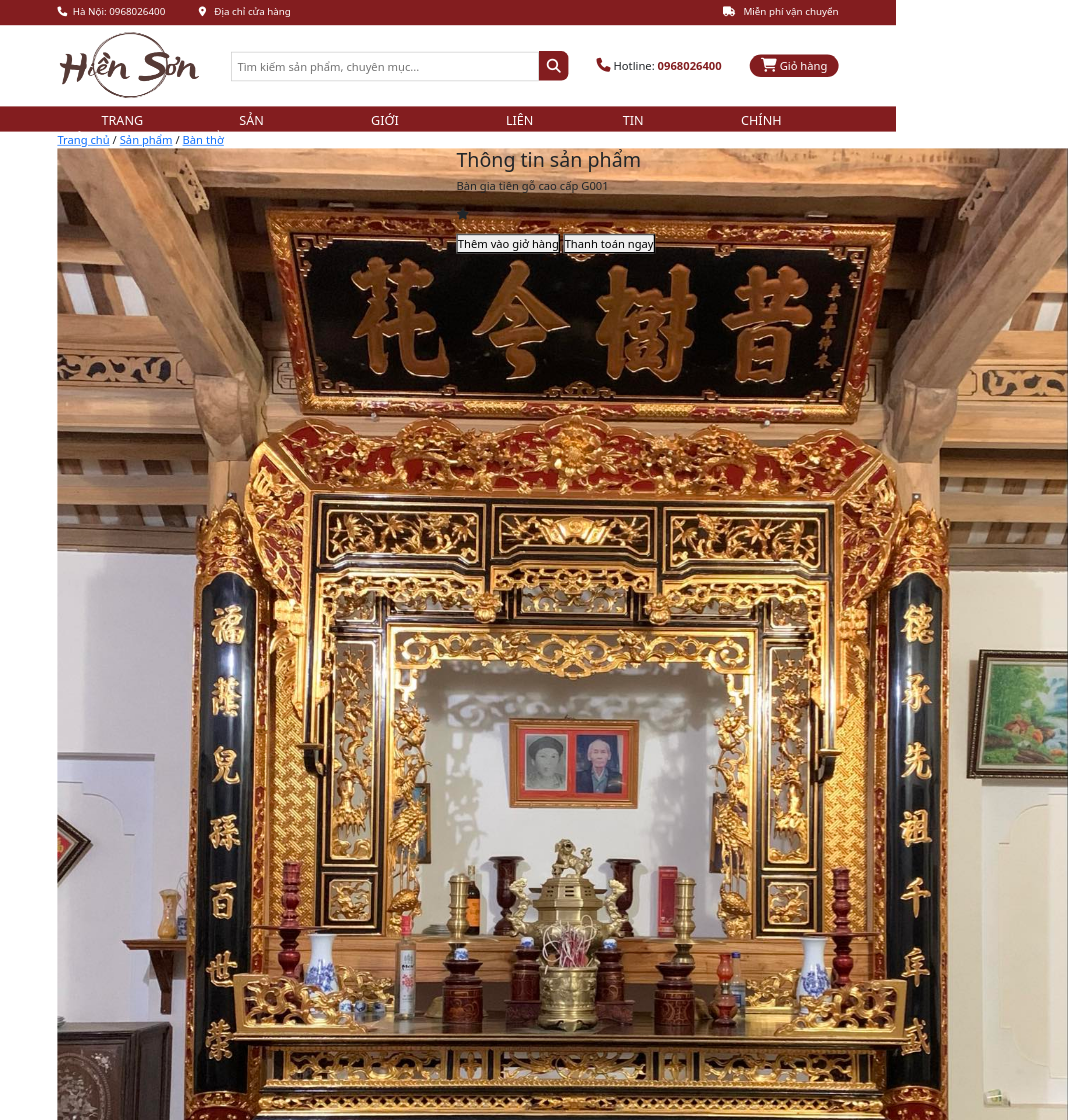
Repository: hoang28092000/do_go_hien_son
Page: product_details/ban_tho-g001.html
An editor plug-in stored every save of this project. The page is shown before and after the next save, followed by the edit.
The browser window is 1280 px wide. The page is 1526 px wide, so the pictures cover 1526 px, including what lies to the right of the window. The pictures show the part of the page from y = 0 to 1600 px (the page is 2701 px tall), at 70% of full size.
Some web libraries are served in a nearby version.

Above is the page before, as saved 2024-08-10 19:58:39.

After the next save:
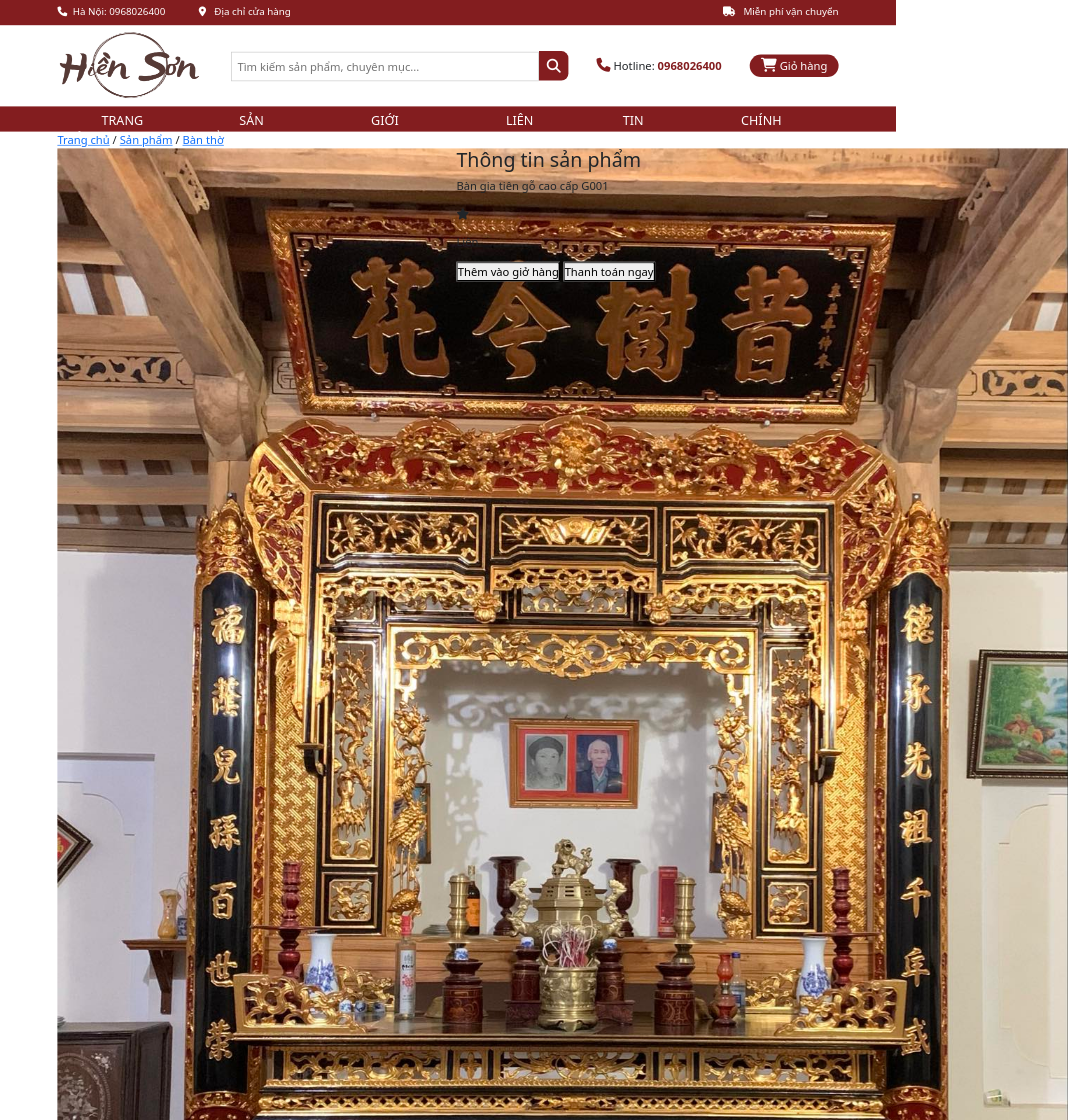
Saved 4 s later.
--- a/product_details/ban_tho-g001.html
+++ b/product_details/ban_tho-g001.html
@@ -94,7 +94,7 @@
                                 <i class="fa-solid fa-star icon-star"></i>
 
                             </p>
-                            <p class="price-pd"></p>
+                            <p class="price-pd">Liên </p>
                             <div class="pay">
                                 <button class="add_cart">Thêm vào giở hàng</button>
                                 <button class="buy">Thanh toán ngay</button>

After the save that followed:
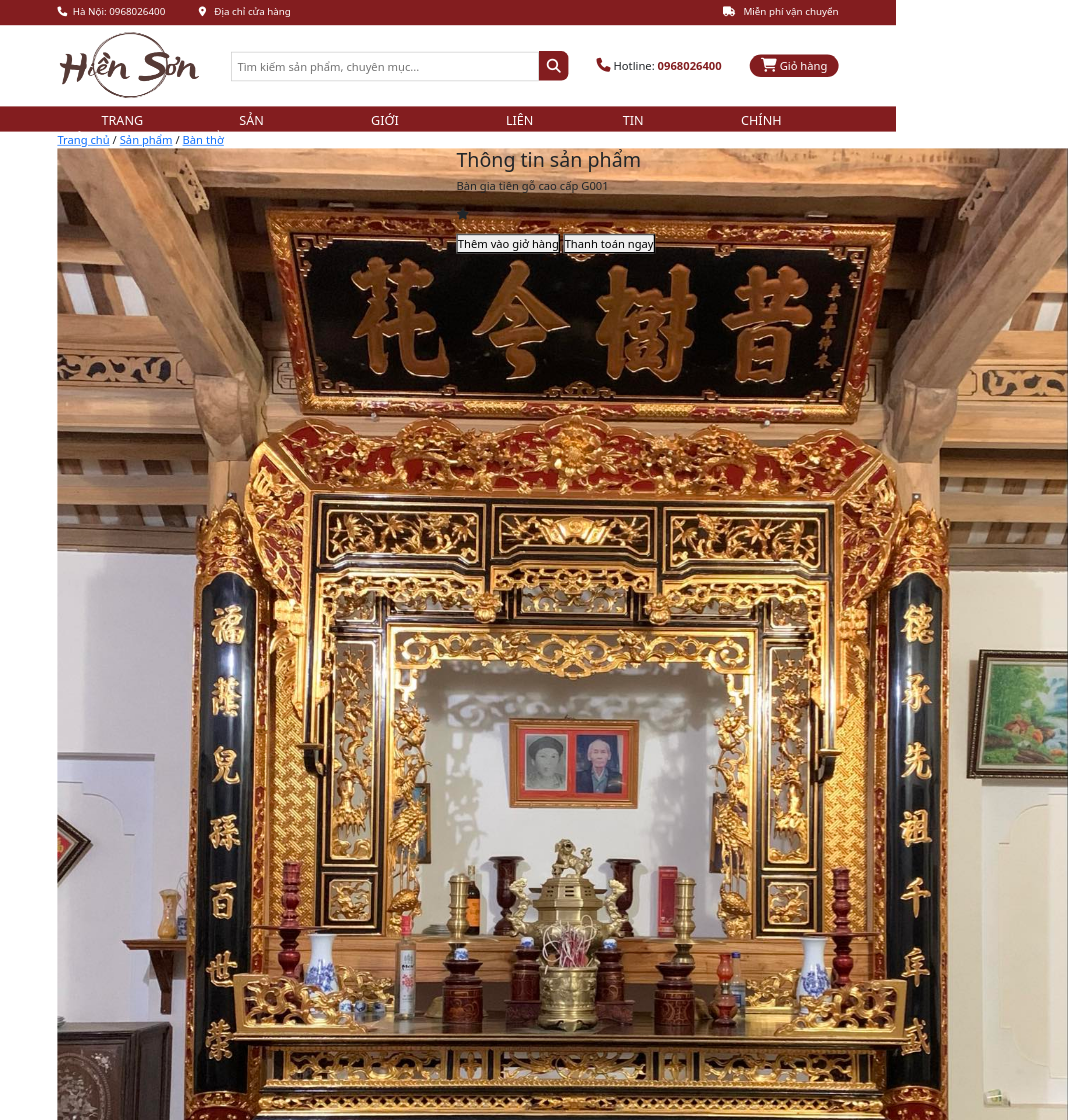
Saved 5 s later.
--- a/product_details/ban_tho-g001.html
+++ b/product_details/ban_tho-g001.html
@@ -94,7 +94,7 @@
                                 <i class="fa-solid fa-star icon-star"></i>
 
                             </p>
-                            <p class="price-pd">Liên </p>
+                            <p class="price-pd"></p>
                             <div class="pay">
                                 <button class="add_cart">Thêm vào giở hàng</button>
                                 <button class="buy">Thanh toán ngay</button>
